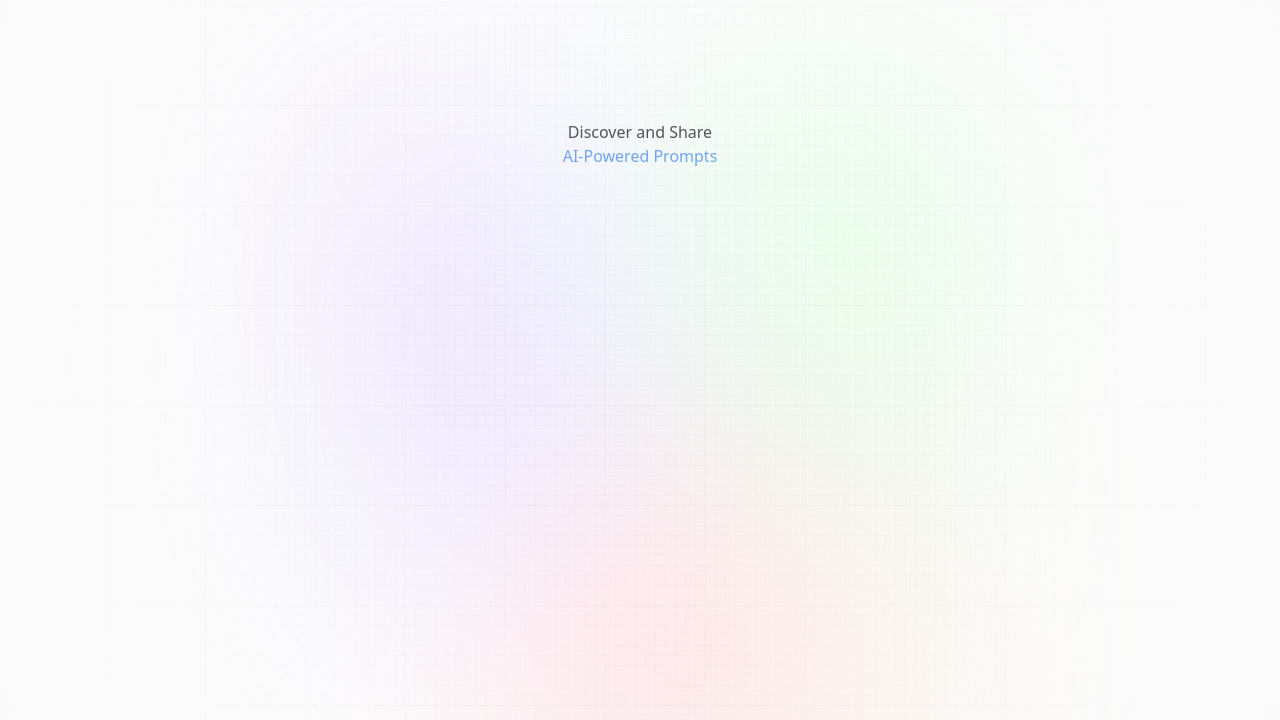
Repository: Nurlan-Bakenbaev/AI-prompts
Page: /
These files come from the project's save history. The page is drawn as it stood at one moment and after a run of saves; the edit follows.
The browser window is 1280 px wide. The pictures show the whole page.
The project was rebuilt for these pictures with package versions that can differ from the ones it lists, and the page was loaded fresh each time. The framework's server and built-in components were replaced by stand-ins that run in the browser. Also part of the build but not shown: next.config.js.

Above is the page before, as saved 2023-09-21 11:22:56.

### app/layout.jsx
import "styles/globals.css";

export const metadata = {
  title: "Next JS ",
  description: "Discover & Share AI Prompts",
};

const RootLayout = ({ children }) => {
  return (
    <html lang="en">
      <body>
        <div className="main">
          <div className="gradient" />
          <main className="app">{children}</main>
        </div>
      </body>
    </html>
  );
};

export default RootLayout;

### app/page.jsx
const Home = () => {
  return (
    <section className="flex flex-center flex-col">
      <h1 className="font-3xl text-center">
        Discover and Share
        <br className="max-md:hidden" />
        <span className=" text-blue-500">AI-Powered Prompts</span>
      </h1>
    </section>
  );
};

export default Home;

### styles/globals.css
@import url("https://fonts.googleapis.com/css2?family=Inter:wght@100;200;300;400;500;600;700;800;900&display=swap");

@tailwind base;
@tailwind components;
@tailwind utilities;

.main {
  width: 100vw;
  min-height: 100vh;
  position: fixed;
  display: flex;
  justify-content: center;
  padding: 120px 24px 160px 24px;
  pointer-events: none;
}

.main:before {
  background: radial-gradient(circle, rgba(2, 0, 36, 0) 0, #fafafa 100%);
  position: absolute;
  content: "";
  z-index: 2;
  width: 100%;
  height: 100%;
  top: 0;
}

.main:after {
  content: "";
  background-image: url("/assets/images/grid.svg");
  z-index: 1;
  position: absolute;
  width: 100%;
  height: 100%;
  top: 0;
  opacity: 0.4;
  filter: invert(1);
}

.gradient {
  height: fit-content;
  z-index: 3;
  width: 100%;
  max-width: 640px;
  background-image: radial-gradient(
      at 27% 37%,
      hsla(215, 98%, 61%, 1) 0px,
      transparent 0%
    ),
    radial-gradient(at 97% 21%, hsla(125, 98%, 72%, 1) 0px, transparent 50%),
    radial-gradient(at 52% 99%, hsla(354, 98%, 61%, 1) 0px, transparent 50%),
    radial-gradient(at 10% 29%, hsla(256, 96%, 67%, 1) 0px, transparent 50%),
    radial-gradient(at 97% 96%, hsla(38, 60%, 74%, 1) 0px, transparent 50%),
    radial-gradient(at 33% 50%, hsla(222, 67%, 73%, 1) 0px, transparent 50%),
    radial-gradient(at 79% 53%, hsla(343, 68%, 79%, 1) 0px, transparent 50%);
  position: absolute;
  content: "";
  width: 100%;
  height: 100%;
  filter: blur(100px) saturate(150%);
  top: 80px;
  opacity: 0.15;
}

.gradient-text {
  background-clip: text;
  -webkit-background-clip: text;
  color: transparent;
}

Loaded but not shown: tailwind.config.js (common file)

After the next 2 saves:
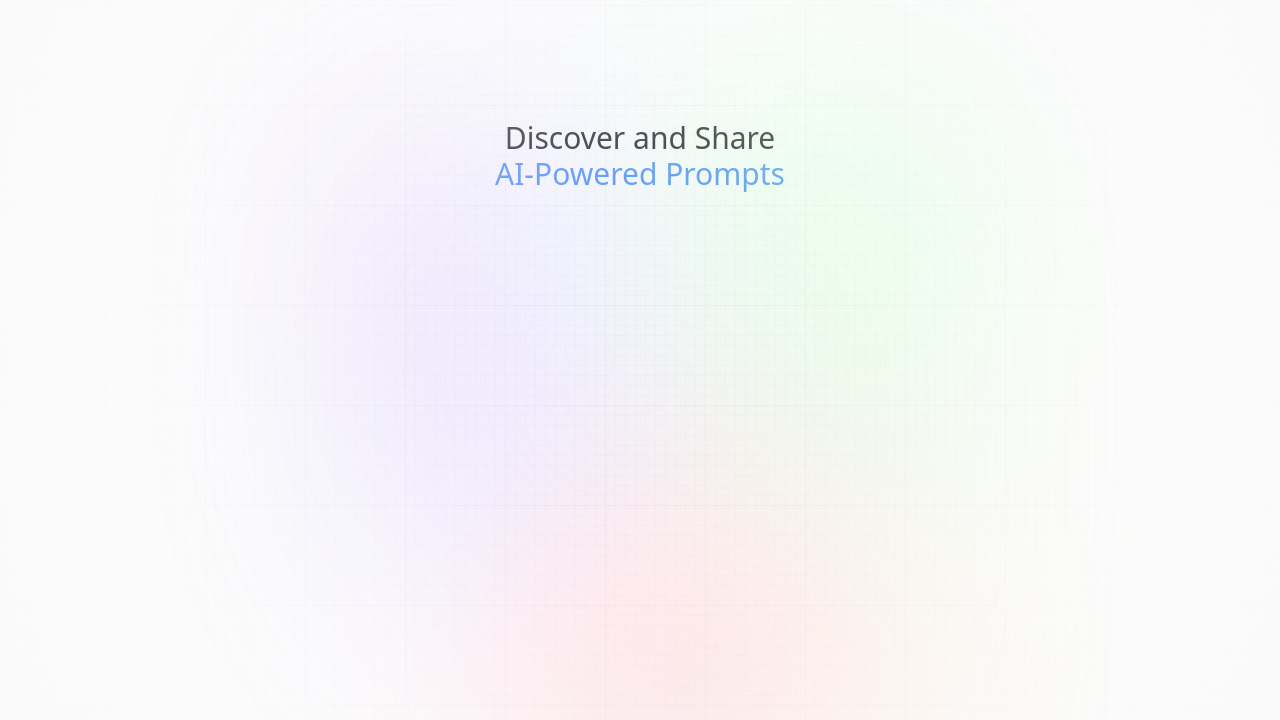
The 2 saves are shown as one change because they came seconds apart.
The last was saved 60 s later.
--- a/app/page.jsx
+++ b/app/page.jsx
@@ -1,7 +1,7 @@
 const Home = () => {
   return (
     <section className="flex flex-center flex-col">
-      <h1 className="font-3xl text-center">
+      <h1 className="text-3xl text-center">
         Discover and Share
         <br className="max-md:hidden" />
         <span className=" text-blue-500">AI-Powered Prompts</span>
